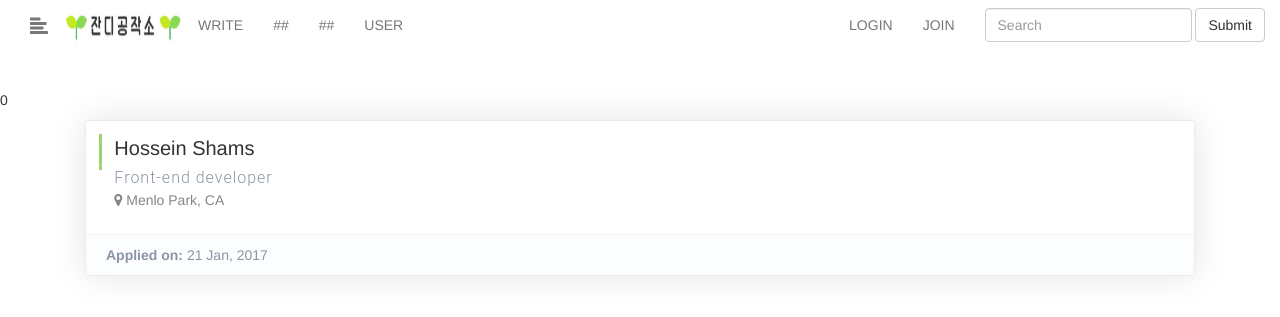
Repository: guddus326/Grass_Farm
Page: http://localhost/Grass_Farm/Search.jsp
These files come from the project's save history. The page is drawn as it stood at one moment and after the next save; the edit follows.
The browser window is 1280 px wide. The pictures show the whole page.
Some web libraries are served in a nearby version. The page is served by Tomcat 9. Other server files are loaded and not shown. Queries for data that is not in the repository find no rows.

Above is the page before, as saved 2020-10-03 05:48:11.

### Grass_Farm/Grass_Farm/WebContent/Search.jsp
<%@ page language="java" contentType="text/html; charset=UTF-8" pageEncoding="UTF-8"%>
<%@ page import="user.UserDAO"%>
<%@ page import="user.User" %>
<%@ page import="java.io.PrintWriter" %>
<%@ page import="java.util.ArrayList" %>
<!-- 자바 클래스 사용 -->
<% request.setCharacterEncoding("UTF-8"); %>
<!-- 한명의 회원정보를 담는 user클래스를 자바 빈즈로 사용 / scope:페이지 현재의 페이지에서만 사용-->
<jsp:useBean id="user" class="user.User" scope="page"/>
<jsp:setProperty property="userName" name="user"/>

<!DOCTYPE html>
<html>
<head>
<meta http-equiv="Content-Type" content="text/html; charset=UTF-8">
<link rel="stylesheet" href="css/bootstrap.min.css">
<link href="https://maxcdn.bootstrapcdn.com/font-awesome/4.3.0/css/font-awesome.min.css" rel="stylesheet">
<title>잔디공작소</title>
<style>
  		body{
  			padding-top: 30px;
  			}
      	.navbar-fixed-top{
      		background-color: white;
      	}
      	h1{
        	font-family: 'ImcreSoojin';
        }
        @font-face {
            font-family: 'ImcreSoojin';
            src: url('https://cdn.jsdelivr.net/gh/projectnoonnu/noonfonts_20-04@2.3/ImcreSoojin.woff') format('woff');
            font-weight: normal;
            font-style: normal;
        }

.pr-12 {
    padding-right: 12px !important;
}

.mb-20 {
    margin-bottom: 20px !important;
}

.b-1 {
    border: 1px solid #ebebeb !important;
}

.card {
    border: 0;
    border-radius: 0;
    margin-bottom: 30px;
    -webkit-transition: .5s;
    transition: .5s;
}

.card {
    position: relative;
    display: -ms-flexbox;
    display: flex;
    -ms-flex-direction: column;
    flex-direction: column;
    min-width: 0;
    word-wrap: break-word;
    background-color: #fff;
    background-clip: border-box;
    border: 1px solid rgba(0,0,0,.125);
    border-radius: .25rem;
}

.media {
    padding: 16px 12px;
    -webkit-transition: background-color .2s linear;
    transition: background-color .2s linear;
}

.media {
    display: -ms-flexbox;
    display: flex;
    -ms-flex-align: start;
    align-items: flex-start;
}

.card-body {
    -ms-flex: 1 1 auto;
    flex: 1 1 auto;
    padding: 1.25rem;
}

.media .avatar {
    flex-shrink: 0;
}

.no-radius {
    border-radius: 0 !important;
}

.avatar-xl {
    width: 64px;
    height: 64px;
    line-height: 64px;
    font-size: 1.25rem;
}

.avatar {
    position: relative;
    display: inline-block;
    width: 36px;
    height: 36px;
    line-height: 36px;
    text-align: center;
    border-radius: 100%;
    background-color: #f5f6f7;
    color: #8b95a5;
    text-transform: uppercase;
}

img {
    max-width: 100%;
}

img {
    vertical-align: middle;
    border-style: none;
}

.mb-2 {
    margin-bottom: .5rem!important;
}

.fs-20 {
    font-size: 20px !important;
}

.pr-16 {
    padding-right: 16px !important;
}

.ls-1 {
    letter-spacing: 1px !important;
}

.fw-300 {
    font-weight: 300 !important;
}

.fs-16 {
    font-size: 16px !important;
}

.media-body>* {
    margin-bottom: 0;
}

small, time, .small {
    font-family: Roboto,sans-serif;
    font-weight: 400;
    font-size: 11px;
    color: #8b95a5;
}

.fs-14 {
    font-size: 14px !important;
}

.mb-12 {
    margin-bottom: 12px !important;
}

.text-fade {
    color: rgba(77,82,89,0.7) !important;
}

.card-footer:last-child {
    border-radius: 0 0 calc(.25rem - 1px) calc(.25rem - 1px);
}

.card-footer {
    background-color: #fcfdfe;
    border-top: 1px solid rgba(77,82,89,0.07);
    color: #8b95a5;
    padding: 10px 20px;
}

.flexbox {
    display: -webkit-box;
    display: flex;
    -webkit-box-pack: justify;
    justify-content: space-between;
}

.align-items-center {
    -ms-flex-align: center!important;
    align-items: center!important;
}

.card-footer {
    padding: .75rem 1.25rem;
    background-color: rgba(0,0,0,.03);
    border-top: 1px solid rgba(0,0,0,.125);
}


.card-footer {
    background-color: #fcfdfe;
    border-top: 1px solid rgba(77, 82, 89, 0.07);
    color: #8b95a5;
    padding: 10px 20px
}

.card-footer>*:last-child {
    margin-bottom: 0
}

.hover-shadow {
    -webkit-box-shadow: 0 0 35px rgba(0, 0, 0, 0.11);
    box-shadow: 0 0 35px rgba(0, 0, 0, 0.11)
}

.fs-10 {
    font-size: 10px !important;
}
</style>
</head>
<body>
<%
	String userID=null;
	if(session.getAttribute("userID")!=null){
		userID=(String)session.getAttribute("userID");
	}
%>
<br>
<br>
<br>
	<nav class="navbar-fixed-top navbar-default">
    	<div class="container-fluid">
    		<div class="navbar-header">
            	<a class="navbar-brand" href="#">
                	<span class="glyphicon glyphicon-align-left" aria-hidden="true"></span>
                </a>
             </div>
			<div class="navbar-header">
            	<a href="Index.jsp"><img alt="Brand" width=120px; height=40px;" style="margin-top: 8px;" src="./img/logo.JPG"></a>
			</div>
          	<div class="collapse navbar-collapse" id="bs-example-navbar-collapse-1">
      			<ul class="nav navbar-nav">
              		<li><a href="Write.jsp">WRITE</a></li>
              		<li><a href="#">##</a></li>
              		<li><a href="#">##</a></li>
              		<li><a href="#">USER</a></li>
            	</ul>
          <form class="navbar-form navbar-right" role="search" action="Search.jsp">
          	<div class="form-group">
          		<input type="text" class="form-control" placeholder="Search" name="userName">
        	</div>
        	<button type="submit" class="btn btn-default">Submit</button>
      	  </form>

            <%
            	if(userID==null){
            %>
            <ul class="nav navbar-nav navbar-right">
              <li><a href="Login.jsp">LOGIN</a></li>
              <li><a href="Join.jsp">JOIN</a></li>
            </ul>
            <%
            	}else{
            %>
            <ul class="nav navbar-nav navbar-right">
              <li><a href="LogoutAction.jsp">LOGOUT</a></li>
            </ul>
            <%
            	}
            %>
          </div><!-- /.navbar-collapse -->
        </div><!-- /.container-fluid -->
    </nav>

  	<!--  <%
 	UserDAO userDAO=new UserDAO();
	ArrayList<User> list=userDAO.search(user.getUserName());
	int count=0;
	for(int i=0; i<list.size(); i++){
	%>

 	<p class="card-text"><%=list.get(i).getUserID()%></p>

 	<%count+=1;%>

 	<%}%>-->

 	<p class="card-text"><%=count%></p>

 	<div class="container">
<div class="col-md-12">
    <div class="card b-1 hover-shadow mb-20">
        <div class="media card-body">
            <div class="media-left pr-12">
                <img class="avatar avatar-xl no-radius" src="./img/grass.png" alt="...">
            </div>
            <div class="media-body">
                <div class="mb-2">
                    <span class="fs-20 pr-16">Hossein Shams</span>
                </div>
                <small class="fs-16 fw-300 ls-1">Front-end developer</small><br>
                <p class="fs-14 text-fade mb-12"><i class="fa fa-map-marker pr-1"></i> Menlo Park, CA</p>
            </div>
        </div>
        <footer class="card-footer flexbox align-items-center">
            <div>
                <strong>Applied on:</strong>
                <span>21 Jan, 2017</span>
            </div>
        </footer>
    </div>


  </body>
 </html>

### Grass_Farm/Grass_Farm/src/user/User.java
package user;

public class User {
	private String userID;
	private String userPass;
	private String userPassCheck;
	private String userName;
	private String userEmail;
	private String userDate;

	public String getUserID() {
		return userID;
	}
	public void setUserID(String userID) {
		this.userID = userID;
	}
	public String getUserPass() {
		return userPass;
	}
	public void setUserPass(String userPass) {
		this.userPass = userPass;
	}
	public String getUserName() {
		return userName;
	}
	public void setUserName(String userName) {
		this.userName = userName;
	}
	public String getUserEmail() {
		return userEmail;
	}
	public void setUserEmail(String userEmail) {
		this.userEmail = userEmail;
	}
	public String getUserPassCheck() {
		return userPassCheck;
	}
	public void setUserPassCheck(String userPassCheck) {
		this.userPassCheck = userPassCheck;
	}

	public String getUserDate() {
		return userDate;
	}
	public void setUserDate(String userDate) {
		this.userDate = userDate;
	}
}

### Grass_Farm/Grass_Farm/src/user/UserDAO.java
package user;

import java.sql.Connection;
import java.sql.DriverManager;
import java.sql.PreparedStatement;
import java.sql.ResultSet;
import java.sql.SQLException;
import java.util.ArrayList;

import bbs.Bbs;

public class UserDAO {

	private Connection conn;
	private PreparedStatement pstmt,pstmt1;
	private ResultSet rs;

		public UserDAO() {
			try{

				String dbURL="jdbc:mysql://localhost:3306/grass_farm";
				String dbID="test";
				String dbPassword="1111";
				Class.forName("com.mysql.jdbc.Driver");
				conn=DriverManager.getConnection(dbURL,dbID,dbPassword);
			}catch(Exception e) {
				e.printStackTrace();
			}
		}


		public int login(String userId,String userPassword) {
			String SQL="SELECT userPass From USER WHERE userID=?";
			try {
				pstmt=conn.prepareStatement(SQL);
				pstmt.setString(1, userId);
				rs=pstmt.executeQuery();
				if(rs.next()) {
					if(rs.getString(1).equals(userPassword)) {
						return 1;//로그인 성공
					}
					else {
						return 0;//비밀번호 불일치
					}
				}
				return -1;//아이디가 없다
			}catch(Exception e) {
				e.printStackTrace();
			}
			return -2;
		}


		public int join(User user){
			if(!user.getUserPass().equals(user.getUserPassCheck())) {
				return -2;
			}else {
			String SQL = "INSERT INTO user(userName, userID, userPass, userEmail) VALUES (?, ?, ?, ?);";
			try {
				pstmt = conn.prepareStatement(SQL);
				pstmt.setString(1, user.getUserName());
				pstmt.setString(2, user.getUserID());
				pstmt.setString(3, user.getUserPass());
				pstmt.setString(4, user.getUserEmail());
				return pstmt.executeUpdate();

			}catch(Exception e) {
				e.printStackTrace();
			}
			return -1;
			}
		}
		public int joinfollow(User user){

			String SQL = "INSERT INTO follow(me,follow) VALUES (?, ?);";
			try {
				pstmt = conn.prepareStatement(SQL);
				pstmt.setString(1, user.getUserID());
				pstmt.setString(2, user.getUserID());
				return pstmt.executeUpdate();

			}catch(Exception e) {
				e.printStackTrace();
			}
			return -1;
			}


	public ArrayList<User> search(String userName) {
		String SQL="select * from user where userName=?";
		ArrayList<User> list=new ArrayList<User>();
		try {
			pstmt=conn.prepareStatement(SQL);
			pstmt.setString(1,userName);
			rs=pstmt.executeQuery();
			while(rs.next()) {
				User user=new User();
				user.setUserID(rs.getString(1));
				user.setUserName(rs.getString(3));
				user.setUserEmail(rs.getString(4));
				user.setUserDate(rs.getString(5));
				list.add(user);
			}
		}catch(Exception e) {
			e.printStackTrace();
		}
			return list;
		}


	public ArrayList<User> user(String userID) {
		String SQL="select * from user where userID=?";
		ArrayList<User> User=new ArrayList<User>();
		try {
			pstmt=conn.prepareStatement(SQL);
			pstmt.setString(1,userID);
			rs=pstmt.executeQuery();
			while(rs.next()) {
				User user=new User();
				user.setUserName(rs.getString(3));
				user.setUserEmail(rs.getString(4));
				User.add(user);
			}
		}catch(Exception e) {
			e.printStackTrace();
		}
			return User;
		}


}

Loaded but not shown: Grass_Farm/Grass_Farm/WebContent/css/bootstrap.min.css (library)

After the next save:
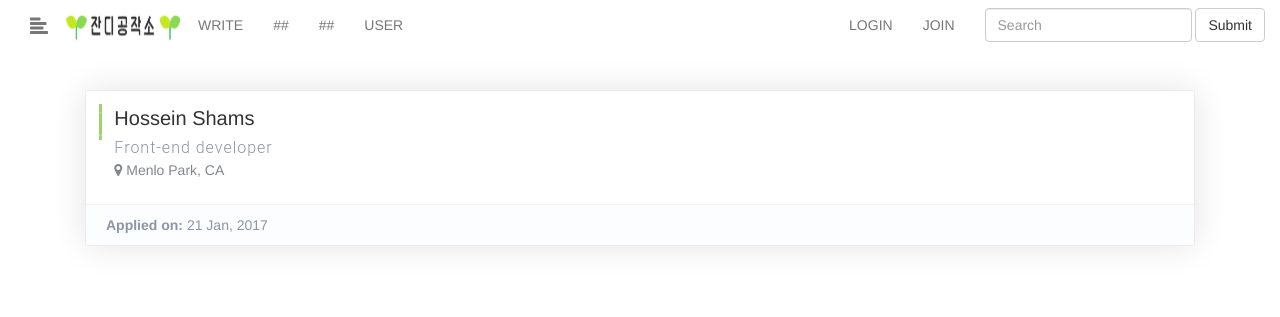
Saved 11 s later.
--- a/Grass_Farm/Grass_Farm/WebContent/Search.jsp
+++ b/Grass_Farm/Grass_Farm/WebContent/Search.jsp
@@ -286,9 +286,9 @@ small, time, .small {
 
  	<%count+=1;%>
 
- 	<%}%>-->
-
- 	<p class="card-text"><%=count%></p>
+ 	<%}%>
+
+ 	<p class="card-text"><%=count%></p>-->
 
  	<div class="container">
 <div class="col-md-12">
